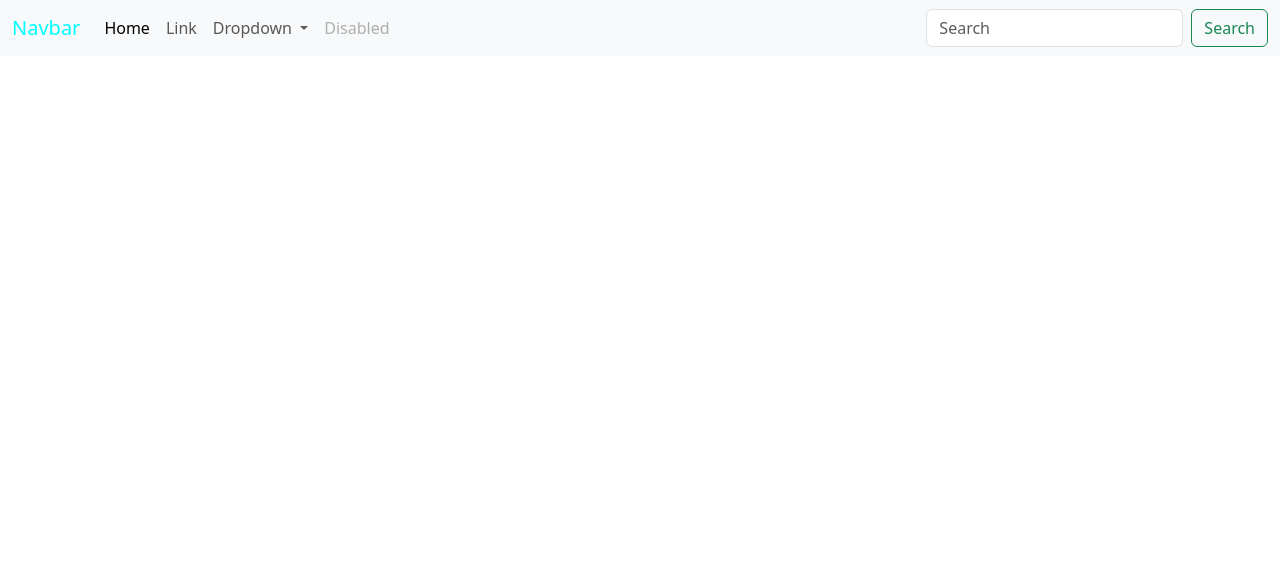
Repository: archangel88/elbrus_homework
Page: phase-0/week-3/day-5/css-bootstrap/index.html
An editor plug-in stored every save of this project. The page is shown before and after the next save, followed by the edit.
The browser window is 1280 px wide. The pictures show the whole page.

Above is the page before, as saved 2025-10-10 21:56:26.

After the next save:
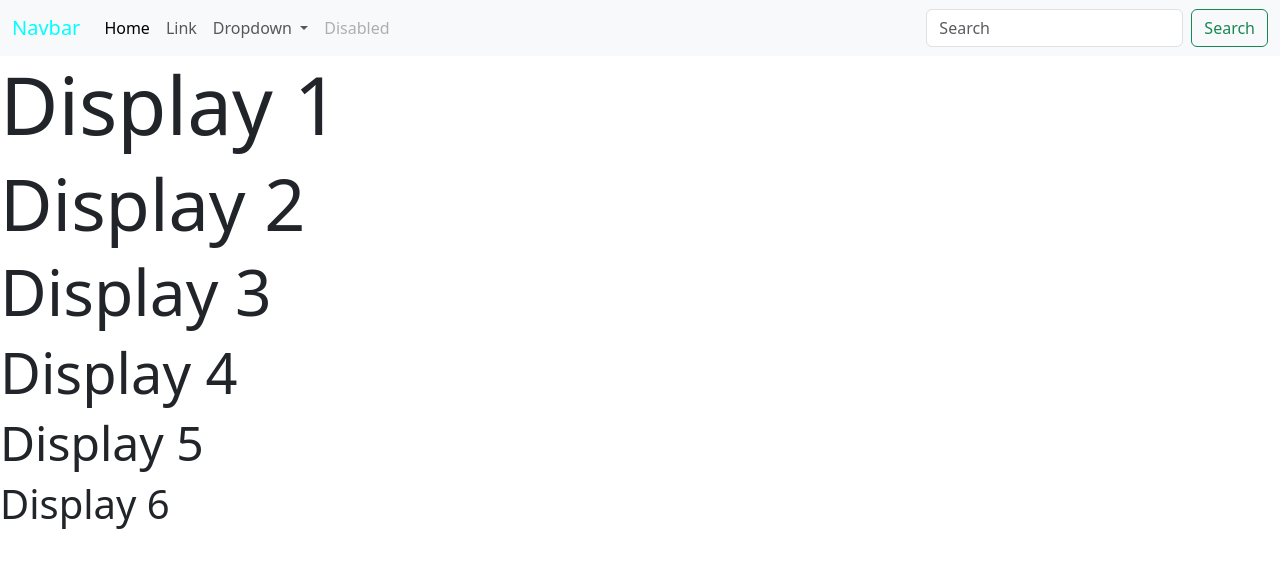
Saved 4 min 8 s later.
--- a/phase-0/week-3/day-5/css-bootstrap/index.html
+++ b/phase-0/week-3/day-5/css-bootstrap/index.html
@@ -44,5 +44,12 @@
     </div>
   </div>
 </nav>
+
+<h1 class="display-1">Display 1</h1>
+<h1 class="display-2">Display 2</h1>
+<h1 class="display-3">Display 3</h1>
+<h1 class="display-4">Display 4</h1>
+<h1 class="display-5">Display 5</h1>
+<h1 class="display-6">Display 6</h1>
 </body>
 </html>
